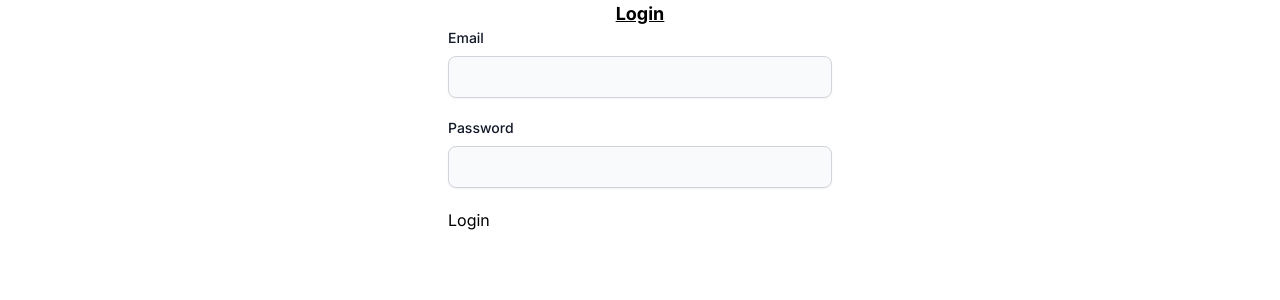
Repository: fatimash2123/next-todo
Page: /login
An editor plug-in stored every save of this project. The page is shown before and after the next save, followed by the edit.
The browser window is 1280 px wide. The pictures show the whole page.
The project was rebuilt for these pictures with package versions that can differ from the ones it lists, and the page was loaded fresh each time. The framework's server and built-in components were replaced by stand-ins that run in the browser. Also part of the build but not shown: next.config.mjs.

Above is the page before, as saved 2024-02-14 10:19:00.

### app/login/page.tsx
import Input from "@/components/Input";
import Button from "@/components/Button";
import MainHeading from "@/components/MainHeading";
import LoginForm from "@/components/LoginForm";
export default function Register() {
  return (
    <>
      <MainHeading title={"Login"} />
      <LoginForm />
    </>
  );
}

### components/MainHeading.tsx
interface MainHeadingProps {
  title: string;
}

export default function ({ title }: MainHeadingProps) {
  return (
    <h1 className="font-bold text-lg text-center text-3xl underline">
      {title}
    </h1>
  );
}

### components/LoginForm.tsx
"use-client";
import Input from "./Input";
import Button from "./Button";
import login from "@/store/authentication/login";
import { FormEvent } from "react";
export default function LoginForm() {
  return (
    <form className="max-w-sm mx-auto">
      <Input title={"Email"} type={"email"} name={"email"} />
      <Input title={"Password"} type={"password"} name={"password"} />
      <button type="submit">Login</button>
      {/* <Button title={"Login"} handleOnClick={login} /> */}
    </form>
  );
}

### components/Input.tsx
import { forwardRef } from "react";

interface InputProps {
  title: string;
  type: string;
  name: string;
}
const Input = function ({ title, type, name }: InputProps) {
  return (
    <div className="mb-5">
      <label
        htmlFor={name}
        className="block mb-2 text-sm font-medium text-gray-900 dark:text-white"
      >
        {title}
      </label>
      <input
        type={type}
        id={name}
        // ref={ref}
        className="shadow-sm bg-gray-50 border border-gray-300 text-gray-900 text-sm rounded-lg focus:ring-blue-500 focus:border-blue-500 block w-full p-2.5 dark:bg-gray-700 dark:border-gray-600 dark:placeholder-gray-400 dark:text-white dark:focus:ring-blue-500 dark:focus:border-blue-500 dark:shadow-sm-light"
      />
    </div>
  );
};
export default Input;

### tailwind.config.js
/** @type {import('tailwindcss').Config} */
module.exports = {
  content: [
    "./app/**/*.{js,ts,jsx,tsx,mdx}",
    "./components/**/*.{js,ts,jsx,tsx,mdx}",
  ],
  theme: {
    extend: {},
  },
  plugins: [],
}

### components/Button.tsx
"use client";
interface ButtonProps {
  title: string;
  handleOnClick: any;
}

const Button = ({ title, handleOnClick }: ButtonProps) => {
  return (
    <button
      type="submit"
      className="text-white bg-blue-700 hover:bg-blue-800 focus:ring-4 focus:outline-none focus:ring-blue-300 font-medium rounded-lg text-sm px-5 py-2.5 text-center dark:bg-blue-600 dark:hover:bg-blue-700 dark:focus:ring-blue-800"
      onClick={(event) => {
        event.preventDefault();
        handleOnClick({ email: "fshahzad2123@gmail.com", password: "abc" });
      }}
    >
      {title}
    </button>
  );
};

export default Button;

### store/authentication/login.tsx
"use server";
interface LoginUser {
  email: string;
  password: string;
}
async function login({ email, password }: LoginUser) {
  const body = JSON.stringify({
    email,
    password,
  });
  try {
    const data = await fetch("http://localhost:3001/api/auth/login", {
      method: "POST",
      body: body,
    });
    console.log("login pressed response");
    console.log("response got back=", await data.json());
  } catch (err) {
    console.log(err);
  }
}

// export async function authenticate({ email, password }: LoginUser) {
//   try {
//     var formData = new FormData();
//     formData.append("email", email);
//     formData.append("phone", password);
//     await login("credentials", formData);
//   } catch (error) {
//     if (error) {
//       switch (error.type) {
//         case "CredentialsSignin":
//           return "Invalid credentials.";
//         default:
//           return "Something went wrong.";
//       }
//     }
//     throw error;
//   }
// }

export default login;

Loaded but not shown: app/layout.tsx (common file); app/globals.css (common file)

After the next save:
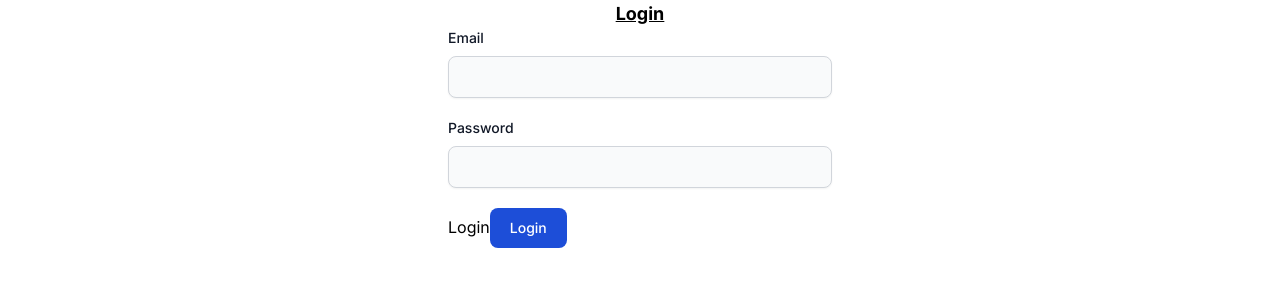
Saved 2 min 4 s later.
--- a/components/LoginForm.tsx
+++ b/components/LoginForm.tsx
@@ -9,7 +9,7 @@
       <Input title={"Email"} type={"email"} name={"email"} />
       <Input title={"Password"} type={"password"} name={"password"} />
       <button type="submit">Login</button>
-      {/* <Button title={"Login"} handleOnClick={login} /> */}
+      <Button title={"Login"} handleOnClick={login} />
     </form>
   );
 }

After the save that followed:
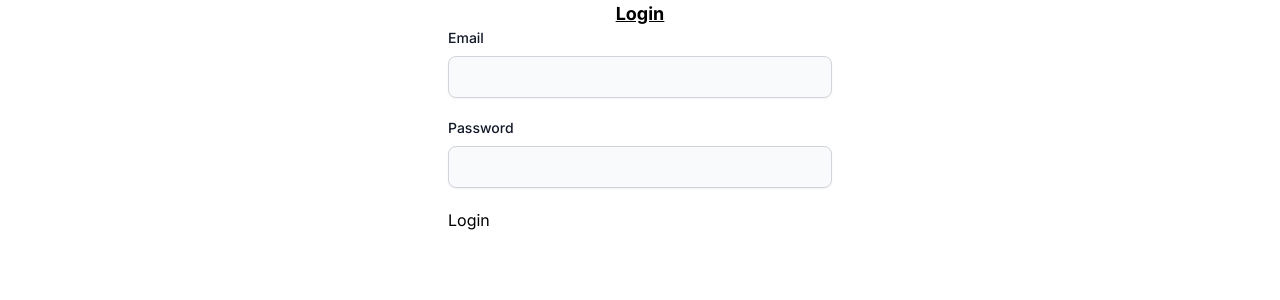
Saved 78 s later.
--- a/components/LoginForm.tsx
+++ b/components/LoginForm.tsx
@@ -9,7 +9,7 @@
       <Input title={"Email"} type={"email"} name={"email"} />
       <Input title={"Password"} type={"password"} name={"password"} />
       <button type="submit">Login</button>
-      <Button title={"Login"} handleOnClick={login} />
+      {/* <Button title={"Login"} handleOnClick={login} /> */}
     </form>
   );
 }
